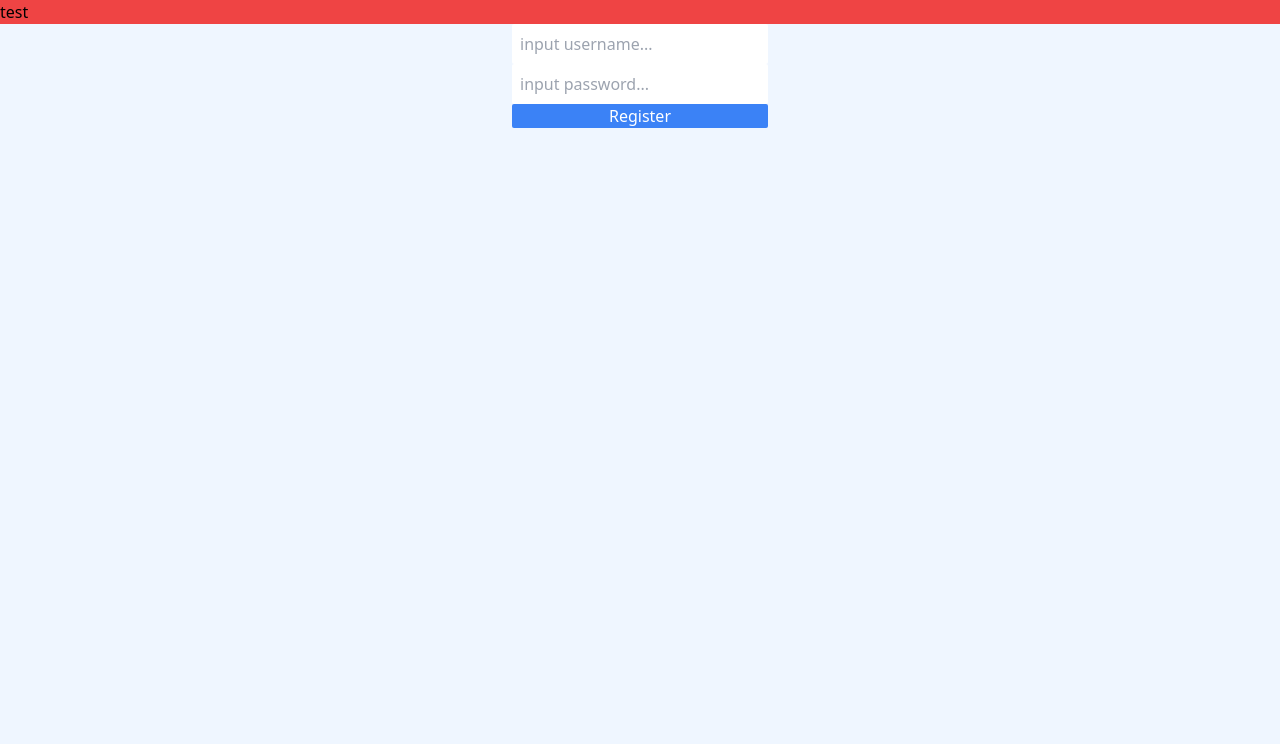
Repository: HAONANTAO/MERN_chat_app
Page: / (app in client/)
An editor plug-in stored every save of this project. The page is shown before and after a run of saves, followed by the edit.
The browser window is 1280 px wide. The pictures show the whole page.
The project was rebuilt for these pictures with package versions that can differ from the ones it lists, and the page was loaded fresh each time. Also part of the build but not shown: client/vite.config.js.

Above is the page before, as saved 2024-03-18 15:27:54.

### client/src/App.jsx
import Register from "./Register";

function App() {
  return (
    <>
      <div className="bg-red-500">test</div>
      <Register></Register>
    </>
  );
}

export default App;

### client/src/Register.jsx
import React from "react";

const Register = () => {
  return (
    <div className="bg-blue-50 h-screen">
      {/* margin auto == center */}
      <form className="w-64 mx-auto">
        <input
          type="text"
          placeholder="input username..."
          className="block w-full rounded-sm p-2"></input>
        <input
          type="password"
          placeholder="input password..."
          className="block w-full rounded-sm p-2"></input>
        <button className="bg-blue-500 text-white block w-full rounded-sm">
          Register
        </button>
      </form>
    </div>
  );
};

export default Register;

### client/tailwind.config.js
/** @type {import('tailwindcss').Config} */
export default {
  content: ["./src/*.jsx"],
  theme: {
    extend: {},
  },
  plugins: [],
};

Loaded but not shown: client/index.html (common file); client/src/main.jsx (common file); client/src/index.css (common file)

After the next 2 saves:
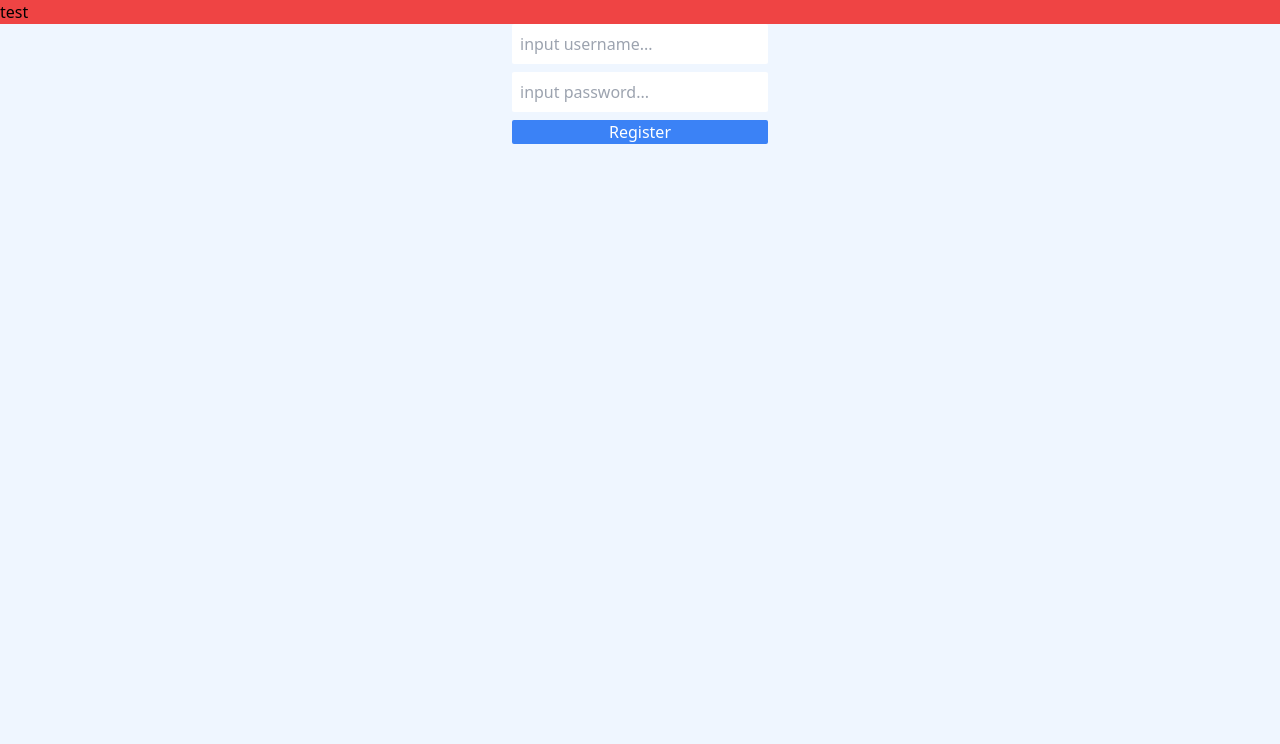
The 2 saves are shown as one change because they came seconds apart.
The last was saved 10 s later.
--- a/client/src/Register.jsx
+++ b/client/src/Register.jsx
@@ -8,11 +8,11 @@ const Register = () => {
         <input
           type="text"
           placeholder="input username..."
-          className="block w-full rounded-sm p-2"></input>
+          className="block w-full rounded-sm p-2 mb-2"></input>
         <input
           type="password"
           placeholder="input password..."
-          className="block w-full rounded-sm p-2"></input>
+          className="block w-full rounded-sm p-2 mb-2"></input>
         <button className="bg-blue-500 text-white block w-full rounded-sm">
           Register
         </button>
